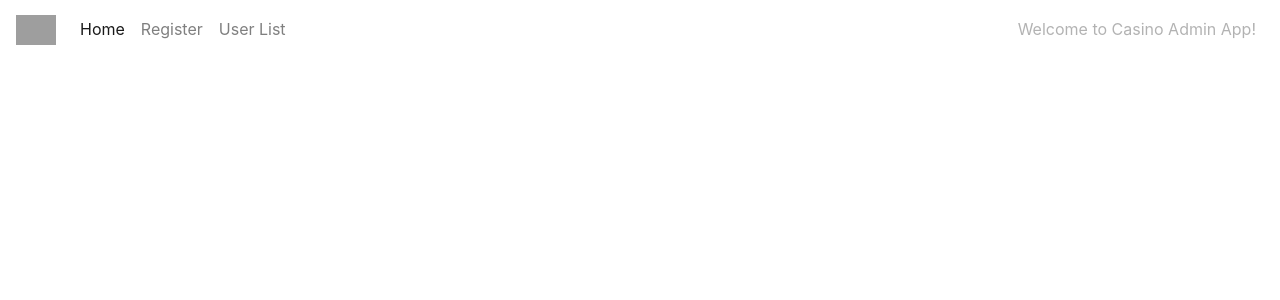
Repository: piyushrulesyou/CasinoGameApplication
Page: http://localhost/adminPanel/UsersList.jsp
An editor plug-in stored every save of this project. The page is shown before and after the next save, followed by the edit.
The browser window is 1280 px wide. The pictures show the whole page.
Pictures or frames that could not be fetched are drawn as grey boxes. The page is served by Tomcat 9. Nobody is signed in. The application's start-up code is not run. Other server files are loaded and not shown.

Above is the page before, as saved 2019-10-31 12:44:10.

### AdminPanel/adminPanel/src/main/webapp/UsersList.jsp
<%@ taglib uri="http://java.sun.com/jsp/jstl/core" prefix="c"%>

<%@ page language="java" contentType="text/html; charset=ISO-8859-1"
	pageEncoding="ISO-8859-1" isELIgnored="false"%>

<!DOCTYPE html>
<html>
<head>
<title>Customer List</title>
<meta charset="utf-8">

<meta name="viewport" content="width=device-width, initial-scale=1">


<link rel="stylesheet"
	href="https://maxcdn.bootstrapcdn.com/bootstrap/4.3.1/css/bootstrap.min.css">
<script
	src="https://ajax.googleapis.com/ajax/libs/jquery/3.4.1/jquery.min.js"></script>
<script
	src="https://cdnjs.cloudflare.com/ajax/libs/popper.js/1.14.7/umd/popper.min.js"></script>
<script
	src="https://maxcdn.bootstrapcdn.com/bootstrap/4.3.1/js/bootstrap.min.js"></script>
</head>
<body>
	<!-- 	background="https://images.fineartamerica.com/images/artworkimages/mediumlarge/2/collection-of-las-vegas-casino-chips-1-aloha-art.jpg"> -->


	<c:if test="${successMessage != null}">
		<div class="alert alert-success">
			<strong>Success!</strong> Customer with ID
			${successMessage} Registered Successfully!!
		</div>
	</c:if>



	<!-- 	<nav class="navbar navbar-expand-sm bg-dark navbar-dark"> -->
	<nav class="navbar navbar-expand-sm navbar-light bg-faded">
		<a class="navbar-brand" href="#"> <img
			src="https://www.slotnite.com/images/sliders/livecasino/casino1.png"
			alt="logo" style="width: 40px;">
		</a>

		<!-- Links -->
		<ul class="navbar-nav mr-auto">
			<li class="nav-item"><a class="nav-link active" href="#">Home</a></li>
			<li class="nav-item"><a class="nav-link" href="RegisterUser.jsp">Register</a></li>
			<li class="nav-item"><a class="nav-link" href="#">User List</a></li>
		</ul>
		<ul class="navbar-nav">
			<li class="nav-item"><span class="nav-link disabled">Welcome
					to Casino Admin App!</span></li>
		</ul>
	</nav>



</body>
</html>

After the next save:
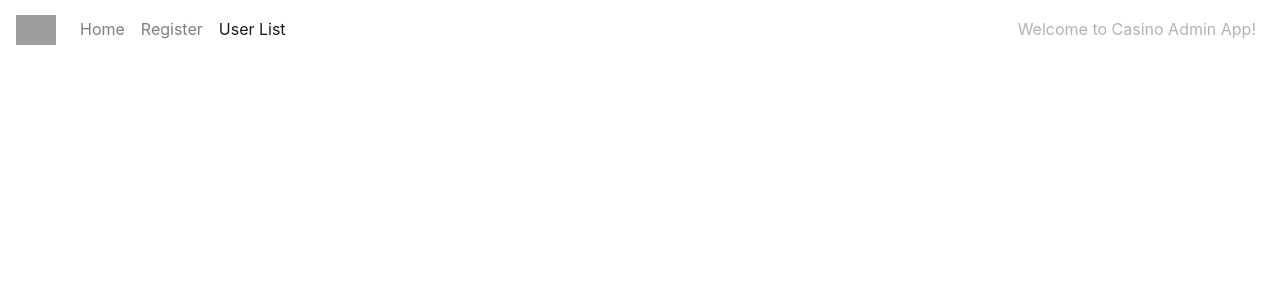
Saved 24 s later.
--- a/AdminPanel/adminPanel/src/main/webapp/UsersList.jsp
+++ b/AdminPanel/adminPanel/src/main/webapp/UsersList.jsp
@@ -22,17 +22,6 @@
 	src="https://maxcdn.bootstrapcdn.com/bootstrap/4.3.1/js/bootstrap.min.js"></script>
 </head>
 <body>
-	<!-- 	background="https://images.fineartamerica.com/images/artworkimages/mediumlarge/2/collection-of-las-vegas-casino-chips-1-aloha-art.jpg"> -->
-
-
-	<c:if test="${successMessage != null}">
-		<div class="alert alert-success">
-			<strong>Success!</strong> Customer with ID
-			${successMessage} Registered Successfully!!
-		</div>
-	</c:if>
-
-
 
 	<!-- 	<nav class="navbar navbar-expand-sm bg-dark navbar-dark"> -->
 	<nav class="navbar navbar-expand-sm navbar-light bg-faded">
@@ -43,9 +32,9 @@
 
 		<!-- Links -->
 		<ul class="navbar-nav mr-auto">
-			<li class="nav-item"><a class="nav-link active" href="#">Home</a></li>
+			<li class="nav-item"><a class="nav-link" href="#">Home</a></li>
 			<li class="nav-item"><a class="nav-link" href="RegisterUser.jsp">Register</a></li>
-			<li class="nav-item"><a class="nav-link" href="#">User List</a></li>
+			<li class="nav-item"><a class="nav-link active" href="#">User List</a></li>
 		</ul>
 		<ul class="navbar-nav">
 			<li class="nav-item"><span class="nav-link disabled">Welcome
